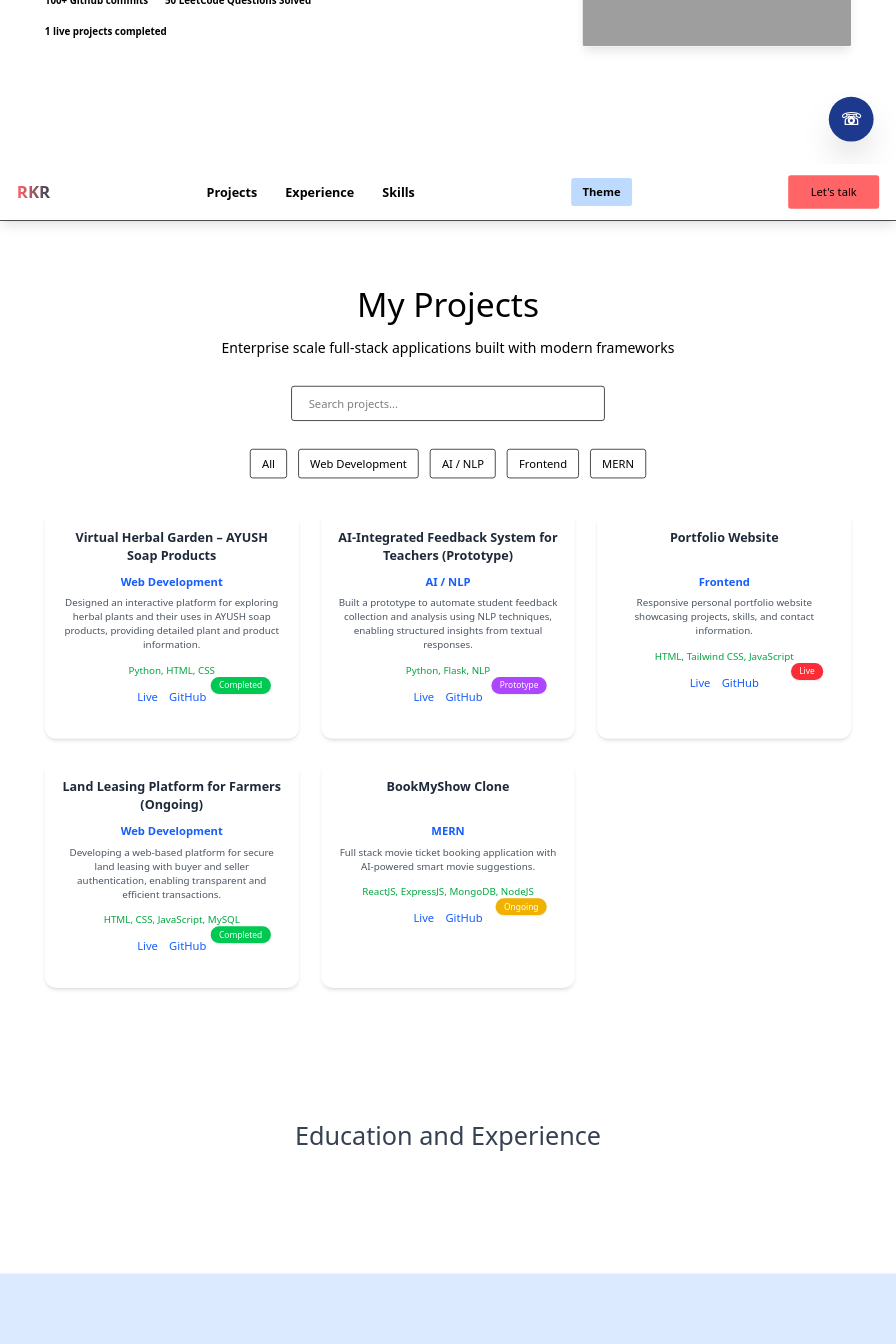
Repository: Rhaashee/myProfile
Page: index.html
The author's editor kept a copy of each file at every save. The page is drawn from the files as they stood at one save, then again after the next save.
The browser window is 1280 px wide. The pictures show the part of the page from y = 485 to 2405 px (the page is 3161 px tall), at 70% of full size.
Pictures or frames that could not be fetched are drawn as grey boxes.

Above is the page before, as saved 2026-04-27 17:16:46.
Console error: SyntaxError: Identifier 'projectsData' has already been declared

### index.html
<!-- MERN_Stu_FebMay26Mys\W4\D5\portfolio-project\index.html -->
<!DOCTYPE html>
<html lang="en">

<head>
    <meta charset="UTF-8">
    <meta name="viewport" content="width=device-width, initial-scale=1.0">

    <title>Week 3 & 4 Portfolio Project</title>

    <script src="https://cdn.jsdelivr.net/npm/@tailwindcss/browser@4"></script>

    <link rel="stylesheet" href="css/custom.css">

</head>

<body>
    <!-- HERO SECTION -->

    <section
        class="min-h-screen flex flex-col lg:flex-row lg:items-center lg:justify-between px-8 lg:px-16 py-20 gap-12 lg:gap-20">

        <div class="order-2 lg:order-1 flex-1 lg:max-w-lg text-center lg:text-left">

            <h1 class="text-5xl mb-6 font-bold" style="font-family: 'Poppins', sans-serif;">Rhaashee L</h1>

            <p class="text-xl lg:text-2xl text-slate-600 font-bold mb-10 max-w-md mx-auto lg:mx-0">
                Full-Stack developer | MERN enthusiast | Competitive Programmer
            </p>

            <div
                class="flex flex-col sm:flex-row gap-4 justify-center lg:justify-start items-center lg:items-start mb-8">

                <a href="#projects" class="bg-red-400 hover:bg-green-500 px-10 py-4 rounded shadow-xl">
                    View Projects
                </a>

                <a href="#resume" class="bg-blue-400 hover:bg-green-500 px-10 py-4 rounded shadow-xl">
                    Download Resume
                </a>

            </div>

            <div class="flex flex-wrap gap-6 justify-center lg:justify-start text-sm font-bold">

                <span>100+ Github commits</span>
                <span>50 LeetCode Questions Solved</span>
                <span>1 live projects completed</span>

            </div>

        </div>

        <div class="order-1 lg:order-2 w-full lg:w-96 max-w-sm mx-auto lg:mx-0">

            <img src="assets/images/img.jpg" alt="My photo"
                class="aspect-square w-full rounded shadow-lg mx-auto lg:mx-0 hover:ring-blue-500 transition-all duration-300 hover:scale-[1.02]"
                loading="lazy">

        </div>

    </section>

    <!-- NAVBAR -->

    <nav class="sticky top-0 z-50 bg-white/95 backdrop-blur-md border-b shadow-lg">

        <div class="max-w-7xl mx-auto px-6 py-4 flex items-center justify-between">

            <a href="#"
                class="text-2xl font-bold bg-clip-text bg-gradient-to-r from-red-400 to-slate-700 text-transparent">
                RKR
            </a>

            <ul class="hidden md:flex items-center gap-10">

                <li><a href="#projects" class="text-lg font-bold hover:text-blue-600">Projects</a></li>

                <li><a href="#experience" class="text-lg font-bold hover:text-blue-600">Experience</a></li>

                <li><a href="#skills" class="text-lg font-bold hover:text-blue-600">Skills</a></li>

            </ul>
            <button id="theme-toggle" class="bg-blue-200 px-4 py-2 rounded font-bold">Theme</button>
            <a href="#contact" class="bg-red-400 hover:bg-green-500 rounded transition-all duration-300 px-8 py-3">
                Let's talk
            </a>

        </div>

    </nav>

    <!-- PROJECTS -->

    <section id="projects" class="py-24 px-8 lg:px-16">

        <div class="max-w-7xl mx-auto">

            <div class="text-center mb-10">

                <h2 class="text-4xl lg:text-5xl mb-6">My Projects</h2>

                <p class="text-xl max-w-2xl mx-auto">
                    Enterprise scale full-stack applications built with modern frameworks
                </p>

            </div>

            <!-- Project Search (Feature will attach here) -->

            <div class="mb-10 text-center">

                <input id="project-search" type="text" placeholder="Search projects..."
                    class="border rounded px-6 py-3 w-full max-w-md">

            </div>

            <!-- Project Filter Bar -->

            <div id="project-filters" class="flex flex-wrap justify-center gap-4 mb-12">
            </div>

            <!-- Dynamic container for projects -->

            <div id="projects-container" class="grid grid-cols-1 md:grid-cols-2 lg:grid-cols-3 gap-8">
            </div>

        </div>

    </section>

    <!-- EXPERIENCE -->

    <section id="experience" class="py-24 px-8 lg:px-16">

        <div class="max-w-4xl mx-auto">

            <h2 class="text-4xl text-gray-700 text-center mb-20">
                Education and Experience
            </h2>

            <!-- existing experience cards remain unchanged -->

        </div>

    </section>

    <!-- SKILLS -->

    <section id="skills" class="py-24 px-8 lg:px-16 bg-blue-100">

        <div class="max-w-7xl mx-auto">

            <h2 class="text-4xl text-center font-bold mb-20">
                Skills
            </h2>

            <!-- Dynamic Skills Container -->

            <div id="skills-container" class="grid grid-cols-1 md:grid-cols-2 lg:grid-cols-4 gap-8">
            </div>

        </div>

    </section>

    <!-- CONTACT MODAL -->

    <button id="modal-trigger"
        class="fixed bottom-8 right-8 w-16 h-16 bg-blue-900 text-white rounded-full shadow-2xl flex items-center justify-center text-2xl font-bold">
        ☏
    </button>

    <div id="contact-modal" class="fixed inset-0 z-50 hidden bg-black/50 backdrop-blur-md">

        <div class="flex items-center justify-center min-h-screen p-4">

            <div id="modal-content"
                class="bg-white w-full max-w-md rounded-2xl shadow-2xl scale-95 opacity-0 transition-all duration-300">

                <div class="sticky top-0 border-b p-8 pt-12 bg-white">

                    <h3 class="text-2xl font-bold">Contact Me</h3>

                    <button id="modal-close" class="absolute top-6 right-6 text-2xl font-bold">
                        ×
                    </button>

                </div>

                <form id="contact-form" class="p-8 space-y-4">

                    <input id="contact-name" type="text" placeholder="Your name"
                        class="w-full border rounded px-4 py-3">

                    <input id="contact-email" type="email" placeholder="email@website.com"
                        class="w-full border rounded px-4 py-3">

                    <p id="form-message" class="text-sm text-red-500"></p>

                    <div class="flex flex-col sm:flex-row gap-4 pt-4">

                        <button type="button" id="form-cancel" class="flex-1 font-bold py-4 px-6">
                            Cancel
                        </button>

                        <button type="submit" class="flex-1 font-bold py-4 px-6">
                            Submit
                        </button>

                    </div>

                </form>

            </div>

        </div>

    </div>
    <!-- SWIPE TO HOME BUTTON -->

    <button id="home-swiper"
        class="fixed bottom-8 left-8 bg-pink-200 text-white px-5 py-3 rounded-full shadow-xl hover:bg-blue-600 transition">
        Back to Home
    </button>
    <!-- MAIN JS ENTRY-->

    <script src="js/data/projects.js"></script>
    <script src="js/data/skills.js"></script>
    <script src="js/features/skills-render.js"></script>
    <script src="js/features/modal.js"></script>
    <script src="js/features/contact-validation.js"></script>
    <script src="js/features/theme-toggle.js"></script>
    <script src="js/data/projects.js"></script>
    <script src="js/features/project-filter.js"></script>
    <script src="js/features/project-search.js"></script>
    <script src="js/main.js"></script>
    <script src="js/features/BackToTop.js"></script>



</body>

</html>

### css/custom.css
.dark-mode{
    background-color: black;
    color: white;
}
.dark-mode nav{
    background-color: rgb(178, 173, 173);
    color: white;
}
.dark-mode section{
    background-color: rgb(0, 0, 0);
    color: white;
}
.dark-mode .bg-blue-100{
    background-color: rgb(235, 236, 240);
    color: rgb(153, 145, 145);
}
.dark-mode .bg-white{
    background-color: rgb(0, 0, 0);
}
.dark-mode .text-gray-700{
    color: white;
}
.line-clamp-2 {
  display: -webkit-box;
  -webkit-line-clamp: 2;
  -webkit-box-orient: vertical;
  overflow: hidden;
}

### js/data/projects.js
const projectsData = [
  {
    id: 1,
    name: "Virtual Herbal Garden – AYUSH Soap Products",
    category: "Web Development",
    description:
      "Designed an interactive platform for exploring herbal plants and their uses in AYUSH soap products, providing detailed plant and product information.",
    technologies: ["Python", "HTML", "CSS"],
    status: "Completed",
    liveDemo: "#",
    github: "#"
  },
  {
    id: 2,
    name: "AI-Integrated Feedback System for Teachers (Prototype)",
    category: "AI / NLP",
    description:
      "Built a prototype to automate student feedback collection and analysis using NLP techniques, enabling structured insights from textual responses.",
    technologies: ["Python", "Flask", "NLP"],
    status: "Prototype",
    liveDemo: "#",
    github: "#"
  },
  {
    id: 3,
    name: "Portfolio Website",
    category: "Frontend",
    description:
      "Responsive personal portfolio website showcasing projects, skills, and contact information.",
    technologies: ["HTML", "Tailwind CSS", "JavaScript"],
    status: "Live",
    liveDemo: "#",
    github: "#"
  },{

    id: 5,
    name: "Land Leasing Platform for Farmers (Ongoing)",
    category: "Web Development",
    description:
      "Developing a web-based platform for secure land leasing with buyer and seller authentication, enabling transparent and efficient transactions.",
    technologies: ["HTML", "CSS", "JavaScript", "MySQL"],
    status: "Completed",
    liveDemo: "#",
    github: "#"
  },
  {
    id: 6,
    name: "BookMyShow Clone",
    category: "MERN",
    description:
      "Full stack movie ticket booking application with AI-powered smart movie suggestions.",
    technologies: ["ReactJS", "ExpressJS", "MongoDB", "NodeJS"],
    status: "Ongoing",
    liveDemo: "#",
    github: "#"
  }

];

### js/data/skills.js

const skillsData = [
  {
    id: 1,
    name: "MongoDB",
    shortLabel: "MDB",
    description: "NoSQL database for handling unstructured data and scalable applications."
  },
  {
    id: 2,
    name: "ExpressJS",
    shortLabel: "Exp",
    description: "Backend framework for building REST APIs and server-side applications."
  },
  {
    id: 3,
    name: "ReactJS",
    shortLabel: "R",
    description: "Component-based UI development with hooks and state management."
  },
  {
    id: 4,
    name: "NodeJS",
    shortLabel: "Node",
    description: "JavaScript runtime for building scalable backend services."
  },
  {
    id: 5,
    name: "Power BI",
    shortLabel: "BI",
    description: "Interactive dashboards and data visualization for business insights."
  },
  {
    id: 6,
    name: "Tableau",
    shortLabel: "Tb",
    description: "Data visualization and storytelling through charts and dashboards."
  },

];

### js/features/skills-render.js
function renderSkills(){
    const skillsContainer = document.getElementById("skills-container");

    if(!skillsContainer){
        console.log("Skills Contianer not found");
        return;
    }
    skillsContainer.innerHTML = "";
    skillsData.forEach(function(skill){
        // to create outer card
        const card = document.createElement("div");
        card.className = "p-8 text-center bg-white rounded-3xl shadow-lg";

        // create icon
        const iconBox = document.createElement("div");
        iconBox.className = "w-20 h-20 mx-auto mb-4 bg-green-900 rounded-2xl flex item-center justify-center";

        // create icon
        const iconText = document.createElement("span");
        iconText.className = "text-2xl text-white font-bold"
        iconText.textContent = skill.shortLabel;

        // Put iconText inside iconBox
        iconBox.appendChild(iconText);

        // create a skill name
        const skillsName = document.createElement("h3");
        skillsName.className = "text-xl font-bold mb-2";
        skillsName.textContent = skill.name;

        // create skill description
        const skillDescription = document.createElement("p");
        skillDescription.className = "text-sm";
        skillDescription.textContent = skill.description;

        // append all child elements to card
        card.appendChild(iconBox);
        card.appendChild(skillsName);
        card.appendChild(skillDescription);

        // append card to skills container
        skillsContainer.appendChild(card);
    });
    console.log("Skills rendered successfully");
}

### js/features/modal.js
function initModal(){
    const modal = document.getElementById("contact-modal");
    const modalContent = document.getElementById("modal-content");
    const modalTrigger = document.getElementById("modal-trigger");
    const modalClose = document.getElementById("modal-close");
    const formCancel = document.getElementById("form-cancel");

    if(!modal || !modalContent || !modalTrigger || !modalClose || !formCancel){
        console.log("Modal element not found");
        return;
    }
    function openModal(){
        modal.classList.remove("hidden");

        setTimeout(function(){
            modalContent.classList.remove("scale-95","opacity-0");
        },10);
    }
    function closeModal(){
        modalContent.classList.add("scale-95","opacity-0");
        setTimeout(function(){
            modal.classList.add("hidden");
        },200);
    }
    modalTrigger.addEventListener("click",openModal);
    modalClose.addEventListener("click",closeModal);
    formCancel.addEventListener("click",closeModal);

    //close when clicking on backdrop
    modal.addEventListener("click",function(event){
        if(event.target === modal){
            closeModal();
        }
    });
    console.log("Modal opened successfully");
}

### js/features/contact-validation.js
function initContactValidation(){
    const contactModal = document.getElementById("contact-modal");
    const contactForm = document.getElementById("contact-form");
    const contactName = document.getElementById("contact-name");
    const contactEmail = document.getElementById("contact-email");
    const formMessage = document.getElementById("form-message");

    if(!contactModal || !contactForm || !contactName || !contactEmail || !formMessage){
        console.log("Contact form elements not found");
        return;
    }

    contactForm.addEventListener("submit",function(event){
        event.preventDefault();

        const name = contactName.value.trim();
        const email = contactEmail.value.trim();

        formMessage.textContent = "";
        formMessage.className = "text-sm";

        // Name validation
        if(name === ""){
            formMessage.textContent = "Name is required";
            formMessage.classList.add("text-red-500");
            contactName.focus();
            return;
        }
        if(name.length < 5){
            formMessage.textContent = "Name must be atleast 5 chars"
            formMessage.classList.add("text-red-500");
            contactName.focus();
            return;
        }
        // Email Validation
        if(email === ""){
            formMessage.textContent = "Email is required";
            formMessage.classList.add("text-red-500");
            contactEmail.focus();
            return;
        }
        const emailPattern = /^[^\s@]+@[^\s@]+\.[^\s@]+$/;

        if(!emailPattern.test(email)){
            formMessage.textContent = "Enter valid email";
            formMessage.classList.add("text-red-500");
            contactEmail.focus();
            return;
        }

        formMessage.textContent = "Meassage Submitted Sucessfully";
        formMessage.classList.add("text-green-600");
        console.log("Valid credentials : ",{name:name,email:email});
        contactForm.reset();
    });
    contactName.addEventListener("input",function(){
        formMessage.textContent = "";
    });
    contactEmail.addEventListener("input",function(){
        formMessage.textContent = "";
    });
}

### js/features/theme-toggle.js
function initThemeToggle(){
    const toggleBtn = document.getElementById("theme-toggle");
    const body = document.body;

    const savedTheme = localStorage.getItem("portfolio-theme");

    if(savedTheme === "dark"){
        body.classList.add("dark-mode");
    }
    toggleBtn.addEventListener("click",function(){
        body.classList.toggle("dark-mode");
        if(body.classList.contains("dark-mode")){
            localStorage.setItem("portfolio-theme","dark");
            console.log("Dark mode enanbled");
        }else{
            localStorage.setItem("portfolio-theme","light");
            console.log("Light mode enanbled");
        }
    });
}

### js/features/project-filter.js
// RENDER + FILTER UI
function renderProjects(projects) {
    const container = document.getElementById("projects-container");
    container.innerHTML = "";

    projects.forEach((project) => {

        const card = document.createElement("div");
        card.className =
            "bg-white dark:bg-blue-50 text-gray-800 dark:text-gray-900 rounded-2xl shadow-md p-6 pb-12 text-center hover:shadow-xl transition";

        const wrapper = document.createElement("div");
        wrapper.className = "relative";

        // STATUS BADGE (bottom-right)
        const badge = document.createElement("span");
        badge.className =
            "absolute bottom-4 right-4 text-white text-xs px-3 py-1 rounded-full shadow";

        if (project.status === "Completed") badge.classList.add("bg-green-500");
        else if (project.status === "Ongoing") badge.classList.add("bg-yellow-500");
        else if (project.status === "Prototype") badge.classList.add("bg-purple-500");
        else badge.classList.add("bg-red-500");

        badge.textContent = project.status;

        const title = document.createElement("h2");
        title.className =
            "text-lg font-semibold mb-2 leading-snug h-14 overflow-hidden line-clamp-2";
        title.textContent = project.name;

        const category = document.createElement("p");
        category.className = "text-blue-600 font-semibold mb-2";
        category.textContent = project.category;

        const desc = document.createElement("p");
        desc.className = "text-gray-600 text-sm mb-4";
        desc.textContent = project.description;

        const tech = document.createElement("p");
        tech.className = "text-green-600 text-sm mb-4";
        tech.textContent = project.technologies.join(", ");

        const links = document.createElement("div");
        links.className = "flex justify-center gap-4";

        const live = document.createElement("a");
        live.href = project.liveDemo;
        live.textContent = "Live";
        live.className = "text-blue-600 hover:underline";

        const github = document.createElement("a");
        github.href = project.github;
        github.textContent = "GitHub";
        github.className = "text-blue-600 hover:underline";

        links.append(live, github);

        wrapper.append(badge, title, category, desc, tech, links);
        card.appendChild(wrapper);
        container.appendChild(card);
    });
}

// FILTER BUTTONS
function renderFilters() {
    const filterContainer = document.getElementById("project-filters");

    const categories = ["All", ...new Set(projectsData.map(p => p.category))];

    categories.forEach((cat) => {
        const btn = document.createElement("button");

        btn.textContent = cat;
        btn.className =
            "px-4 py-2 border rounded hover:bg-blue-500 hover:text-white";

        btn.addEventListener("click", () => {
            if (cat === "All") renderProjects(projectsData);
            else renderProjects(projectsData.filter(p => p.category === cat));
        });

        filterContainer.appendChild(btn);
    });
}

### js/features/project-search.js
// Search
document.addEventListener("DOMContentLoaded", () => {

    const searchInput = document.getElementById("project-search");

    // initial render
    renderProjects(projectsData);
    renderFilters();

    searchInput.addEventListener("input", () => {

        const term = searchInput.value.toLowerCase();

        const filtered = projectsData.filter((p) =>
            p.name.toLowerCase().includes(term) ||
            p.description.toLowerCase().includes(term) ||
            p.technologies.join(" ").toLowerCase().includes(term) ||
            p.category.toLowerCase().includes(term)
        );

        renderProjects(filtered);
    });

});

### js/main.js
document.addEventListener("DOMContentLoaded", function(){
    // Render Skills
    renderSkills();
    initModal();
    initContactValidation();
    initThemeToggle();
    SearchProjects();
})

### js/features/BackToTop.js
const swiperButton = document.getElementById("home-swiper");

// safety check (important)
if (swiperButton) {

    // hide initially
    swiperButton.style.display = "none";

    // scroll to top
    swiperButton.addEventListener("click", function () {
        window.scrollTo({
            top: 0,
            behavior: "smooth"
        });
    });

    // show on scroll
    window.addEventListener("scroll", function () {
        if (window.scrollY > 300) {
            swiperButton.style.display = "block";
        } else {
            swiperButton.style.display = "none";
        }
    });

}

After the next save:
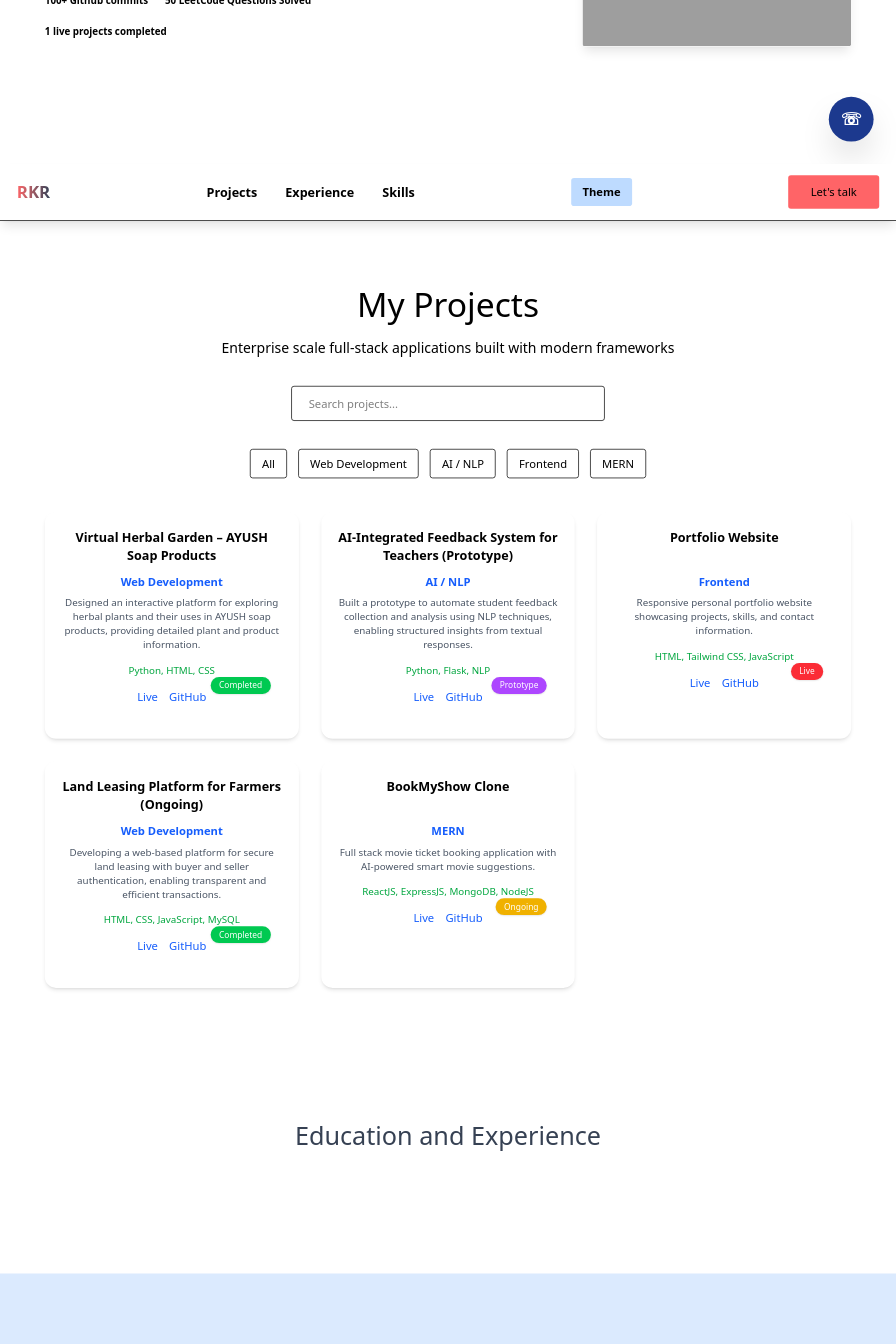
Saved 5 s later.
--- a/js/features/project-filter.js
+++ b/js/features/project-filter.js
@@ -7,16 +7,17 @@ function renderProjects(projects) {
 
         const card = document.createElement("div");
         card.className =
-            "bg-white dark:bg-blue-50 text-gray-800 dark:text-gray-900 rounded-2xl shadow-md p-6 pb-12 text-center hover:shadow-xl transition";
+            "bg-white rounded-2xl shadow-md p-6 pb-12 text-center hover:shadow-xl transition";
 
         const wrapper = document.createElement("div");
         wrapper.className = "relative";
 
-        // STATUS BADGE (bottom-right)
+        // Status badge (bottom-right)
         const badge = document.createElement("span");
         badge.className =
             "absolute bottom-4 right-4 text-white text-xs px-3 py-1 rounded-full shadow";
 
+        // status color
         if (project.status === "Completed") badge.classList.add("bg-green-500");
         else if (project.status === "Ongoing") badge.classList.add("bg-yellow-500");
         else if (project.status === "Prototype") badge.classList.add("bg-purple-500");
@@ -70,14 +71,16 @@ function renderFilters() {
 
     categories.forEach((cat) => {
         const btn = document.createElement("button");
-
         btn.textContent = cat;
         btn.className =
             "px-4 py-2 border rounded hover:bg-blue-500 hover:text-white";
 
         btn.addEventListener("click", () => {
             if (cat === "All") renderProjects(projectsData);
-            else renderProjects(projectsData.filter(p => p.category === cat));
+            else {
+                const filtered = projectsData.filter(p => p.category === cat);
+                renderProjects(filtered);
+            }
         });
 
         filterContainer.appendChild(btn);
